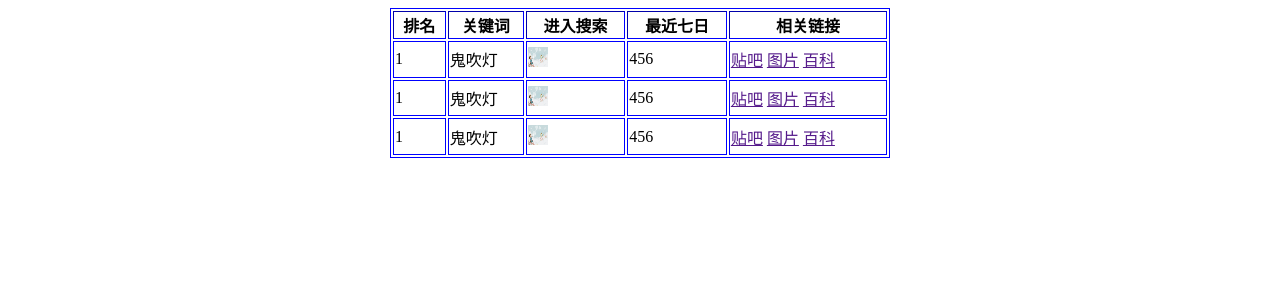
Repository: zhengdeya/web-based
Page: 28-今日小说排行榜/index.html
These files come from the project's save history. The page is drawn as it stood at one moment and after the next save; the edit follows.
The browser window is 1280 px wide. The pictures show the whole page.

Above is the page before, as saved 2021-04-09 15:54:26.

### 28-今日小说排行榜/index.html
<!DOCTYPE html>
<html lang="en">

<head>
    <meta charset="UTF-8">
    <meta http-equiv="X-UA-Compatible" content="IE=edge">
    <meta name="viewport" content="width=device-width, initial-scale=1.0">
    <title>今日小说排行榜</title>
    <link rel="stylesheet" href="style.css">
</head>

<body>
    <table align="center" border="1" width="500px">
        <thead>
            <tr>
                <th>排名</th>
                <th>关键词</th>
                <th>进入搜索</th>
                <th>最近七日</th>
                <th>相关链接</th>
            </tr>
        </thead>
        <tbody>
            <tr>
                <td>1</td>
                <td>鬼吹灯</td>
                <td><img src="imgs/jdk2y0mzbtajdk2y0mzbta.jpg" width="20px" height="20px"></td>
                <td>456</td>
                <td><a href="">贴吧</a> <a href="">图片</a> <a href="">百科</a></td>
            </tr>
            <tr>
                <td>1</td>
                <td>鬼吹灯</td>
                <td><img src="imgs/jdk2y0mzbtajdk2y0mzbta.jpg" width="20px" height="20px"></td>
                <td>456</td>
                <td><a href="">贴吧</a> <a href="">图片</a> <a href="">百科</a></td>
            </tr>
            <tr>
                <td>1</td>
                <td>鬼吹灯</td>
                <td><img src="imgs/jdk2y0mzbtajdk2y0mzbta.jpg" width="20px" height="20px"></td>
                <td>456</td>
                <td><a href="">贴吧</a> <a href="">图片</a> <a href="">百科</a></td>
            </tr>
        </tbody>
    </table>
</body>

</html>

### 28-今日小说排行榜/style.css
table {
    width: 500px;
    height: 150px;
    padding: 0px;
}

table,
td {
    border: 1px solid blue;
}

After the next save:
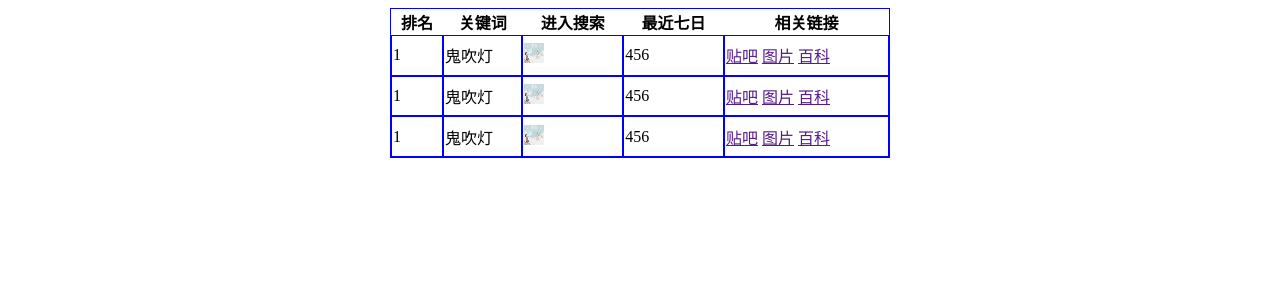
Saved 109 s later.
--- a/28-今日小说排行榜/index.html
+++ b/28-今日小说排行榜/index.html
@@ -10,7 +10,7 @@
 </head>
 
 <body>
-    <table align="center" border="1" width="500px">
+    <table align="center" cellspacing="0">
         <thead>
             <tr>
                 <th>排名</th>
